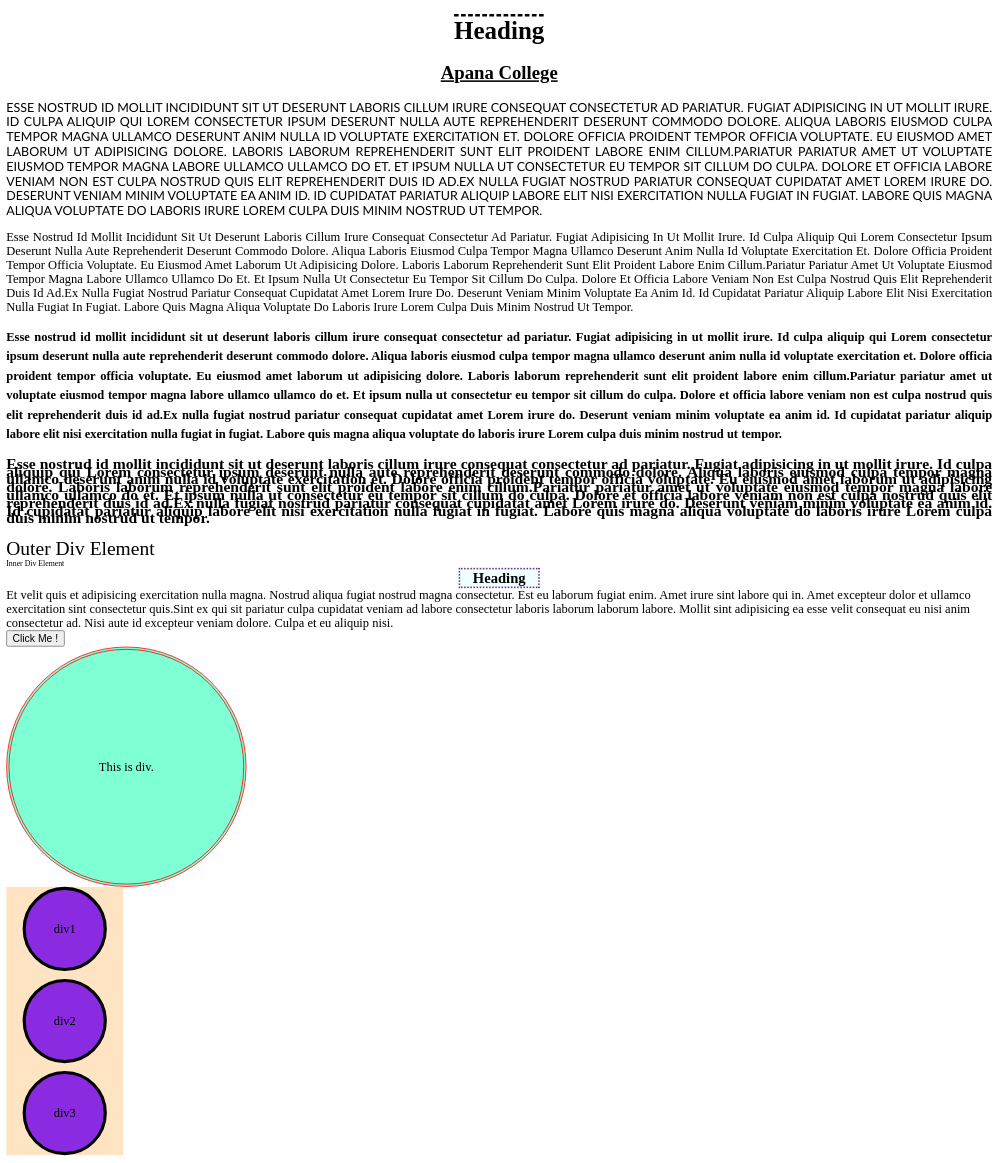
Repository: rakeshkolpepatil/CSS_Apana_College
Page: index.html
An editor plug-in stored every save of this project. The page is shown before and after the next save, followed by the edit.
The browser window is 1280 px wide. The pictures show the whole page, at 78% of full size.

Above is the page before, as saved 2023-06-22 21:43:12.

### index.html
<!DOCTYPE html>
<html lang="en">
<head>
  <meta charset="UTF-8">
  <meta name="viewport" content="width=device-width, initial-scale=1.0">
  <title>Document</title>
  <link rel="stylesheet" href="styleTwo.css">
</head>
<body>
  <h1> Heading </h1>
  <h2> Apana College </h2>
  <p id="pOne">Esse nostrud id mollit incididunt sit ut deserunt laboris cillum irure consequat consectetur ad pariatur. Fugiat adipisicing in ut mollit irure. Id culpa aliquip qui Lorem consectetur ipsum deserunt nulla aute reprehenderit deserunt commodo dolore. Aliqua laboris eiusmod culpa tempor magna ullamco deserunt anim nulla id voluptate exercitation et. Dolore officia proident tempor officia voluptate. Eu eiusmod amet laborum ut adipisicing dolore. Laboris laborum reprehenderit sunt elit proident labore enim cillum.Pariatur pariatur amet ut voluptate eiusmod tempor magna labore ullamco ullamco do et. Et ipsum nulla ut consectetur eu tempor sit cillum do culpa. Dolore et officia labore veniam non est culpa nostrud quis elit reprehenderit duis id ad.Ex nulla fugiat nostrud pariatur consequat cupidatat amet Lorem irure do. Deserunt veniam minim voluptate ea anim id. Id cupidatat pariatur aliquip labore elit nisi exercitation nulla fugiat in fugiat. Labore quis magna aliqua voluptate do laboris irure Lorem culpa duis minim nostrud ut tempor.
  </p>
  <p id="pTwo">Esse nostrud id mollit incididunt sit ut deserunt laboris cillum irure consequat consectetur ad pariatur. Fugiat adipisicing in ut mollit irure. Id culpa aliquip qui Lorem consectetur ipsum deserunt nulla aute reprehenderit deserunt commodo dolore. Aliqua laboris eiusmod culpa tempor magna ullamco deserunt anim nulla id voluptate exercitation et. Dolore officia proident tempor officia voluptate. Eu eiusmod amet laborum ut adipisicing dolore. Laboris laborum reprehenderit sunt elit proident labore enim cillum.Pariatur pariatur amet ut voluptate eiusmod tempor magna labore ullamco ullamco do et. Et ipsum nulla ut consectetur eu tempor sit cillum do culpa. Dolore et officia labore veniam non est culpa nostrud quis elit reprehenderit duis id ad.Ex nulla fugiat nostrud pariatur consequat cupidatat amet Lorem irure do. Deserunt veniam minim voluptate ea anim id. Id cupidatat pariatur aliquip labore elit nisi exercitation nulla fugiat in fugiat. Labore quis magna aliqua voluptate do laboris irure Lorem culpa duis minim nostrud ut tempor.
  </p>
  <p id="pThree">Esse nostrud id mollit incididunt sit ut deserunt laboris cillum irure consequat consectetur ad pariatur. Fugiat adipisicing in ut mollit irure. Id culpa aliquip qui Lorem consectetur ipsum deserunt nulla aute reprehenderit deserunt commodo dolore. Aliqua laboris eiusmod culpa tempor magna ullamco deserunt anim nulla id voluptate exercitation et. Dolore officia proident tempor officia voluptate. Eu eiusmod amet laborum ut adipisicing dolore. Laboris laborum reprehenderit sunt elit proident labore enim cillum.Pariatur pariatur amet ut voluptate eiusmod tempor magna labore ullamco ullamco do et. Et ipsum nulla ut consectetur eu tempor sit cillum do culpa. Dolore et officia labore veniam non est culpa nostrud quis elit reprehenderit duis id ad.Ex nulla fugiat nostrud pariatur consequat cupidatat amet Lorem irure do. Deserunt veniam minim voluptate ea anim id. Id cupidatat pariatur aliquip labore elit nisi exercitation nulla fugiat in fugiat. Labore quis magna aliqua voluptate do laboris irure Lorem culpa duis minim nostrud ut tempor.
  </p>
  <p id="pFour">Esse nostrud id mollit incididunt sit ut deserunt laboris cillum irure consequat consectetur ad pariatur. Fugiat adipisicing in ut mollit irure. Id culpa aliquip qui Lorem consectetur ipsum deserunt nulla aute reprehenderit deserunt commodo dolore. Aliqua laboris eiusmod culpa tempor magna ullamco deserunt anim nulla id voluptate exercitation et. Dolore officia proident tempor officia voluptate. Eu eiusmod amet laborum ut adipisicing dolore. Laboris laborum reprehenderit sunt elit proident labore enim cillum.Pariatur pariatur amet ut voluptate eiusmod tempor magna labore ullamco ullamco do et. Et ipsum nulla ut consectetur eu tempor sit cillum do culpa. Dolore et officia labore veniam non est culpa nostrud quis elit reprehenderit duis id ad.Ex nulla fugiat nostrud pariatur consequat cupidatat amet Lorem irure do. Deserunt veniam minim voluptate ea anim id. Id cupidatat pariatur aliquip labore elit nisi exercitation nulla fugiat in fugiat. Labore quis magna aliqua voluptate do laboris irure Lorem culpa duis minim nostrud ut tempor.
  </p>

  <div id="outer">
    Outer Div Element
    <div id="inner">
      Inner Div Element
    </div>
  </div>

  <h3> Heading </h3>
  <div>
    Et velit quis et adipisicing exercitation nulla magna. Nostrud aliqua fugiat nostrud magna consectetur. Est eu laborum fugiat enim. Amet irure sint labore qui in. Amet excepteur dolor et ullamco exercitation sint consectetur quis.Sint ex qui sit pariatur culpa cupidatat veniam ad labore consectetur laboris laborum laborum labore. Mollit sint adipisicing ea esse velit consequat eu nisi anim consectetur ad. Nisi aute id excepteur veniam dolore. Culpa et eu aliquip nisi.
  </div>
  <button> Click Me ! </button>
  <div id="div4"> This is div. </div>

  <div style="background-color: bisque; width: 150px;">
    <div class="div5"> div1 </div>
    <div class="div5"> div2 </div>
    <div class="div5"> div3 </div>
  </div>
</body>
</html>

### styleTwo.css
h1{
  text-align: center;
  text-decoration:  dotted underline  ;
  text-decoration:  dashed overline  ;
}

h2{
  text-align: center;
  text-transform: capitalize;
  text-decoration: underline;
}

#pOne{
  text-align: justify;
  text-transform: uppercase;
  font-weight: 100;
  font-family: 'Gill Sans', 'Gill Sans MT', Calibri, 'Trebuchet MS', sans-serif;
}

#pTwo{
  text-transform: capitalize;
  text-align: justify;
  font-weight: 300;
}

#pThree{
  text-align: justify;
  line-height: 25px;
  font-weight: 600;
}

#pFour{
  text-align: justify;
  font-size: 20px;
  line-height: 10px;
  font-weight: 900;
}

#outer{
  font-size: 25px;
}

#inner{
  font-size: 10px;
}

#div4{
  height: 300px;
  width: 300px;
  background-color:aquamarine;

  /* border-width: 4px;
  border-color: black;
  border-style: dotted; */


  display: flex;
  text-align: center;
  justify-content: center;
  align-items: center;

  /* border: 4px solid red; */
  border: 4px double red;
  /* border-radius: 10px; */
  border-radius: 50% ;
}

h3{
  display: flex;
  justify-content: center;
  align-items:center;
  margin-left: 50%;
  /* text-align: center; */
  border: 2px dotted rebeccapurple;
  width: 100px;
  margin: auto;
  background-color:azure;
}

.div5{
  width: 100px;
  height: 100px;
  background-color:blueviolet;
  margin: auto;
  margin-bottom: 10px;
  display: flex;
  justify-content: center;
  align-items:center;
  border: 4px solid black;
  border-radius: 50%
}

After the next save:
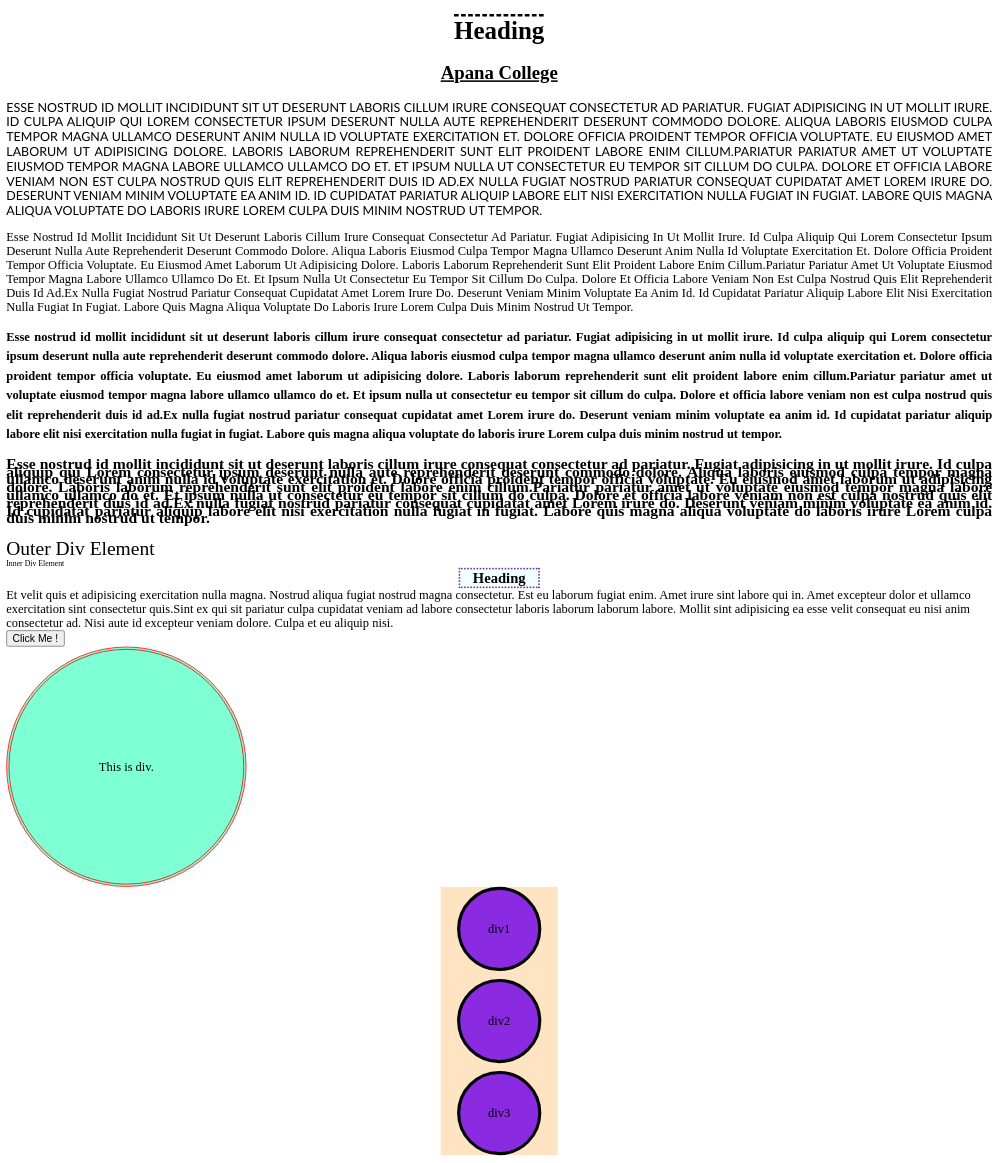
Saved 13 s later.
--- a/index.html
+++ b/index.html
@@ -32,7 +32,7 @@
   <button> Click Me ! </button>
   <div id="div4"> This is div. </div>
 
-  <div style="background-color: bisque; width: 150px;">
+  <div style="background-color: bisque; width: 150px; margin: auto;">
     <div class="div5"> div1 </div>
     <div class="div5"> div2 </div>
     <div class="div5"> div3 </div>
